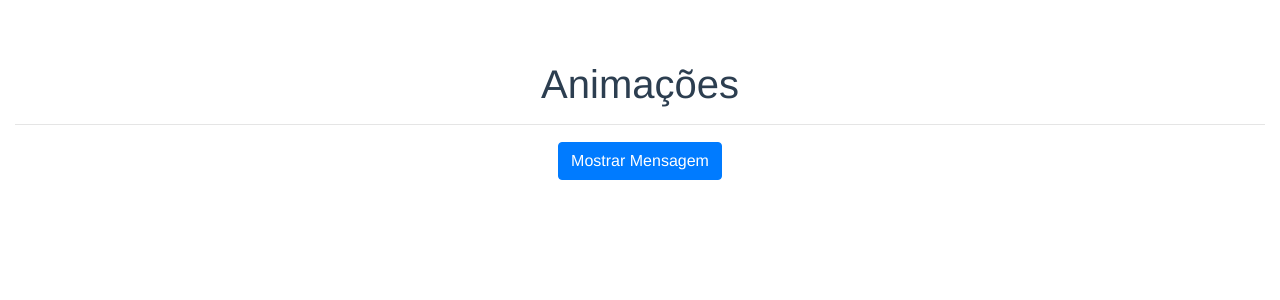
Repository: LucianoBitt/Curso_VueJS
Page: / (app in 12_animacoes/animacoes-exercicios/)
An editor plug-in stored every save of this project. The page is shown before and after the next save, followed by the edit.
The browser window is 1280 px wide. The pictures show the whole page.
The project was rebuilt for these pictures with package versions that can differ from the ones it lists, and the page was loaded fresh each time.

Above is the page before, as saved 2023-12-22 10:06:50.

### 12_animacoes/animacoes-exercicios/src/App.vue
<template>
	<div id="app" class="container-fluid">
		<h1>Animações</h1>
		<hr>
		<b-button variant="primary">Mostrar Mensagem</b-button>
	</div>
</template>

<script>

export default {
	data() {
		return {
			msg: 'Mensagem de informação para o usuário!',
			exibir: false
		}
	}
}
</script>

<style>
#app {
	font-family: 'Avenir', Helvetica, Arial, sans-serif;
	-webkit-font-smoothing: antialiased;
	-moz-osx-font-smoothing: grayscale;
	text-align: center;
	color: #2c3e50;
	margin-top: 60px;
	font-size: 1.5rem;
}
</style>

Loaded but not shown: 12_animacoes/animacoes-exercicios/public/index.html (common file); 12_animacoes/animacoes-exercicios/src/main.js (common file); 12_animacoes/animacoes-exercicios/src/plugins/bootstrap-vue.js (common file)

After the next save:
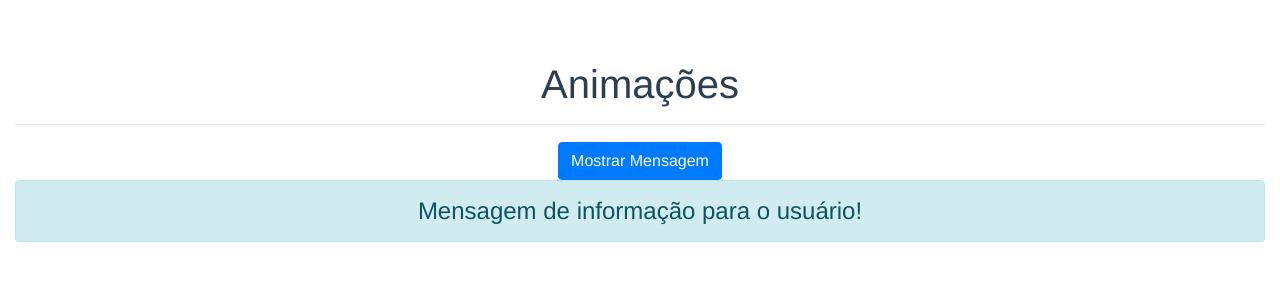
Saved 2 min 8 s later.
--- a/12_animacoes/animacoes-exercicios/src/App.vue
+++ b/12_animacoes/animacoes-exercicios/src/App.vue
@@ -3,6 +3,7 @@
 		<h1>Animações</h1>
 		<hr>
 		<b-button variant="primary">Mostrar Mensagem</b-button>
+		<b-alert variant="info" show>{{ msg }}</b-alert>
 	</div>
 </template>
 
